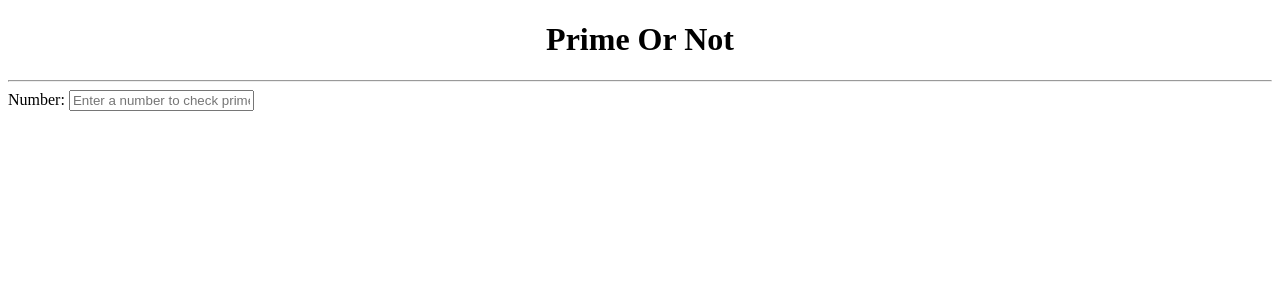
Repository: Gani25/adv_java_b2
Page: http://localhost/jsp_demo/check_number.jsp
An editor plug-in stored every save of this project. The page is shown before and after the next save, followed by the edit.
The browser window is 1280 px wide. The pictures show the whole page.
The page is served by Tomcat 9. Other server files are loaded and not shown.

Above is the page before, as saved 2025-08-25 10:16:42.

### jsp_demo/src/main/webapp/check_number.jsp
<%@ page language="java" contentType="text/html; charset=UTF-8"
    pageEncoding="UTF-8"%>
<!DOCTYPE html>
<html>
<head>
<meta charset="UTF-8">
<title>Prime Or Not</title>
</head>
<body>
<h1 style="text-align: center">Prime Or Not</h1>
<hr>
<form action="#">
	<label for="num">Number: </label>
	<input type="text" id="num" name="number" placeholder="Enter a number to check prime or not">
</form>
</body>
</html>

After the next save:
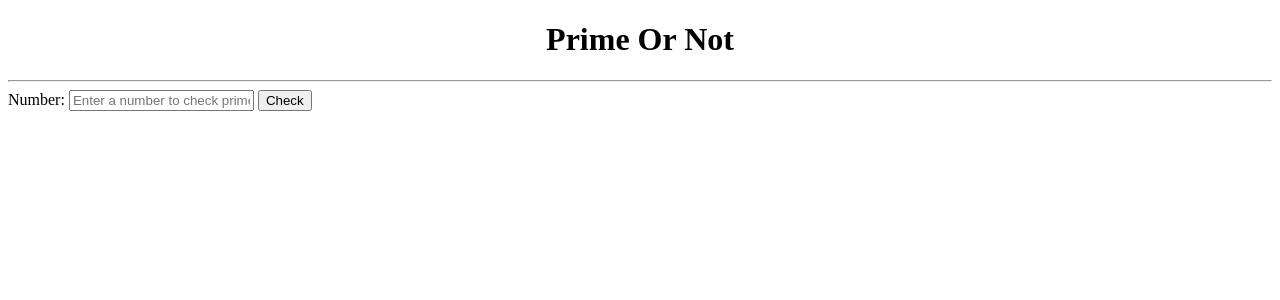
Saved 43 s later.
--- a/jsp_demo/src/main/webapp/check_number.jsp
+++ b/jsp_demo/src/main/webapp/check_number.jsp
@@ -12,6 +12,8 @@
 <form action="#">
 	<label for="num">Number: </label>
 	<input type="text" id="num" name="number" placeholder="Enter a number to check prime or not">
+
+	<input type="submit" value="Check">
 </form>
 </body>
 </html>
